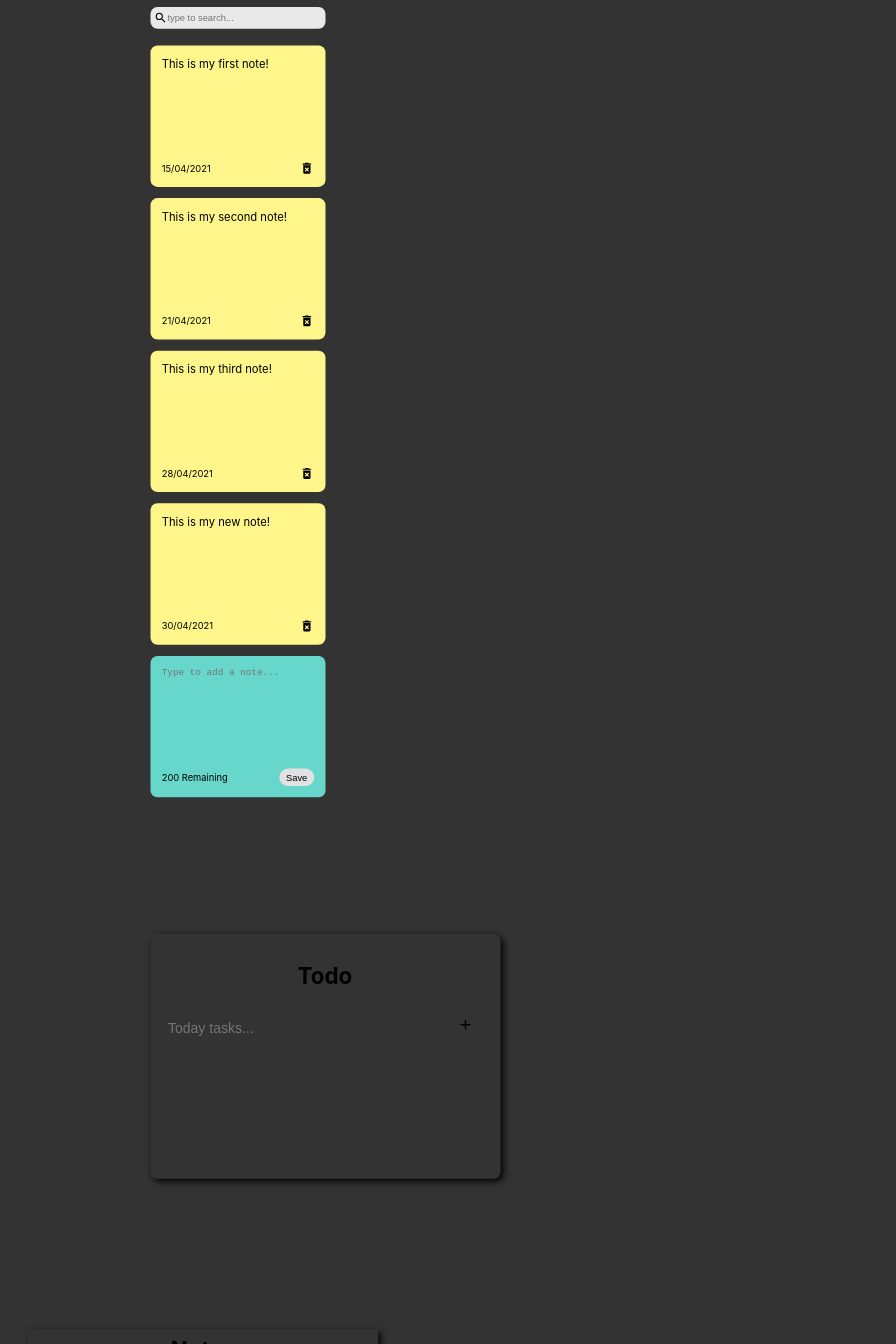
Repository: subhamRsahoo/note
Page: /
These files come from the project's save history. The page is drawn as it stood at one moment and after the next save; the edit follows.
The browser window is 1280 px wide. The pictures show the part of the page from y = 0 to 1920 px (the page is 2755 px tall), at 70% of full size.
The project was rebuilt for these pictures with package versions that can differ from the ones it lists, and the page was loaded fresh each time.

Above is the page before, as saved 2021-07-15 17:27:56.

### public/index.html
<!DOCTYPE html>
<html lang="en">
  <head>
    <meta charset="utf-8" />
    <link rel="icon" href="%PUBLIC_URL%/favicon.ico" />
    <meta name="viewport" content="width=device-width, initial-scale=1" />
    <meta name="theme-color" content="#000000" />
    <meta
      name="description"
      content="Web site created using create-react-app"
    />
    <link rel="apple-touch-icon" href="%PUBLIC_URL%/logo192.png" />
    <link rel="manifest" href="%PUBLIC_URL%/manifest.json" />


    <!-- <link rel="stylesheet" href="https://cdnjs.cloudflare.com/ajax/libs/font-awesome/5.15.3/css/font-awesome.min.css"/> -->

    <!-- <link rel="stylesheet" href="https://bootswatch.com/4/materia/bootstrap.com"/> -->

    <title>React App</title>
  </head>
  <body>
    <noscript>You need to enable JavaScript to run this app.</noscript>
    <div id="root"></div>
  </body>
</html>

### src/App.js
import React from 'react'
import Hub from './components/Hub';
import Hub1 from './components/aaaa/Hub1';
import A from './components/New folder/A';

function App() {
    return (
        <div>
            <A/>
            <Hub/>
            <Hub1/>
        </div>
    )
}

export default App

### src/components/Hub.js
import React , {useState , useEffect}from "react";
import Header from "./Header";
import Form from "./Form";
import TodoList from "./TodoList";
import './App.css';


const Hub = () => {
  const initalState = JSON.parse(localStorage.getItem("todos")) || [];
  const [input ,setInput] = useState("");
  const [todos ,setTodos] = useState(initalState);
  const [editTodo , setEditTodo] = useState(null);

  useEffect(() => {
    localStorage.setItem("todos" , JSON.stringify(todos))
  }, [todos]);
  return (
    <div className="container">
      <div className="app-wrapper">
        <div>
          <Header/>
        </div>
        <div>
          <Form
          input={input}
          setInput={setInput}
          todos={todos}
          setTodos={setTodos}
          editTodo={editTodo}
          setEditTodo={setEditTodo}
          />
        </div>
        <div>
          <TodoList todos={todos} setTodos={setTodos} setEditTodo={setEditTodo}/>
        </div>
      </div>
    </div>

  );
}

export default Hub;

### src/components/aaaa/Hub1.js
import React, { Component } from 'react';
import FormDataComponent from './components/form-data.component';
class  Hub1 extends Component {
  render() {
    return (
      <div >
        <FormDataComponent />
      </div>
    );
  }
}

export default Hub1;

### src/components/New folder/A.js
import React from 'react';
import './index.css';
import App from './App';


function A() {
    return (
        <div>
            <App />
        </div>
    )
}

export default A

### src/components/Header.js
import React from 'react'

function Header() {
    return (
        <div className="header">
            <h1>Todo</h1>
        </div>
    )
}

export default Header

### src/components/Form.js
import React , {useEffect} from 'react'
import {v4 as uuidv4} from "uuid";
import AddIcon from '@material-ui/icons/Add';

 const Form =({input , setInput , todos , setTodos , editTodo , setEditTodo }) => {
     const updateTodo = (title , id, completed) =>
     {
         const newTodo = todos.map((todo)=>

             todo.id === id ? {title,id, completed} : todo
         )
         setTodos(newTodo);
         setEditTodo("");
     }
     useEffect(() =>
     {
         if(editTodo)
         {
             setInput(editTodo.title);
         }else{
             setInput("")
         }
     }, [setInput , editTodo]);

     const onInputChange= (event) =>
     {
       setInput(event.target.value);
     };

     const onFormSubmit = (event) =>
     {
        event.preventDefault();
        if(!editTodo){
            setTodos([...todos , {id:uuidv4(), title: input , completed: false}]);
            setInput("");
        }else{
            updateTodo(input , editTodo.id , editTodo.completed)
        }
     }
    return (
       <form onSubmit={onFormSubmit}>
           <input type="text" placeholder="Today tasks... " className="task-input"
           value={input} required onChange={onInputChange} limit={3}/>
           <button type="submit" className="Add">
            <AddIcon/>
           </button>
       </form>
    )
}

export default Form

### src/components/TodoList.js
import React from 'react'
import DoneIcon from '@material-ui/icons/Done';
import EditIcon from '@material-ui/icons/Edit';
import DeleteIcon from '@material-ui/icons/Delete';

const TodoList = ({todos , setTodos , setEditTodo}) => {

    const handleDelete = ({id}) =>
    {
        setTodos(todos.filter((todo) => todo.id !== id));
    }

    const handleComplete = (todo) =>
    {
        setTodos(
            todos.map((item) => {
                if(item.id === todo.id){
                    return {...item , completed: !item.completed};
                }
                return item
            })
        )
    }

    const handleEdit =({id}) =>{
        const findTodo = todos.find((todo) => todo.id === id);
        setEditTodo(findTodo);
    };
    return (
        <div>
           {todos.map((todo) => (
               <li className="list-item"  key={todo.id}>
                   <input type="text"
                     value={todo.title}
                     className={`list ${todo.completed ? "complete" : "" }`}
                     onChange={(event)=> event.preventDefault()}
                   />
                   <div>
                       <button className="button-complete task-button" onClick={() => handleComplete(todo)}>
                          <i><DoneIcon/></i>
                       </button>
                       <button className="button-edit task-button" onClick={()=> handleEdit(todo)}>
                          <i><EditIcon/></i>
                       </button>
                       <button className="button-delete task-button"  onClick={()=> handleDelete(todo)}>
                          <i><DeleteIcon/></i>
                       </button>
                   </div>
               </li>
           ))}
        </div>
    );
}

export default TodoList;

### src/components/App.css
::-webkit-scrollbar {
  width: 9px;
}
::-webkit-scrollbar-thumb {
  background-color: #a8a8a8;
}
::-webkit-scrollbar-thumb:hover {
  background: #828282;
}
::-webkit-scrollbar-track {
  background: #cccccc;
}

body {
  font-family: -apple-system, BlinkMacSystemFont, 'Segoe UI', 'Roboto', 'Oxygen',
    'Ubuntu', 'Cantarell', 'Fira Sans', 'Droid Sans', 'Helvetica Neue',
    sans-serif;
  -webkit-font-smoothing: antialiased;
  -moz-osx-font-smoothing: grayscale;
  background: #333;
}

code {
  font-family: source-code-pro, Menlo, Monaco, Consolas, 'Courier New',
    monospace;
}


*
{
  margin: 0;
  padding: 0;
}

.container
{
  margin-top: 10px;
  width: 100%;
  min-height: 55vh;
  display: grid;
  justify-content: left;
  /* margin-left: 40px; */
  margin-right: 300px;
  align-items: center;
  position: relative;
  box-sizing: border-box;
  left: 40px;
}

.app-wrapper
{
  background-color: #333;
  width: 500px;
  min-height: 350px;
  padding: 10px;
  box-sizing: border-box;
  border-radius: 10px;
  box-shadow: 4px 4px 10px #000;
  /* margin-bottom: 150px; */

}

.header h1
{
  color: black;
  text-align: left;
  margin: 30px 0;
  margin-left: 200px;
}

.task-input
{
  outline: none;
  width: 350px;
  padding: 15px;
  margin-right: 25px;
  font-size: 20px;
  color: white;
  background-color: #333;
  border: none;
  border-radius: 10px;
}

.task-input:hover
{
  box-shadow: 6px 4px 10px #000;
}

.Add
{
  width: 70px;
  padding: 5px 5px;
  border: 0;
  cursor: pointer;
  border-style: transparent;
  background-color: #333;
}

.Add:hover
{
  border-radius: 10px;
  box-shadow: 6px 4px 10px #000;
}

.list-item
{
  display: flex;
  margin: 20px 0;
  border: none;
  border-radius: 10px;
  padding: 7px;
  max-height: 20px;
}

.list-item:hover
{
  box-shadow: 6px 4px 10px #000;
}

.button-complete,
.button-delete,
.button-edit
{
  border: none;
  outline: none;
  cursor: pointer;
  background-color: transparent;
  font-size: 20px;
  border-radius: 50%;
}

.button-complete
{
  color: #ff6c6c;
  margin-right: 10px;
  margin-left: 70px;
}

.button-edit
{
  color: #e2d029;
  margin-right: 10px;
}

.button-delete
{
  color: lightseagreen;
}

.complete
{
  text-decoration-style: solid;
  text-decoration-line: line-through;
  text-decoration-color: #ff6c6c;
  opacity: 0.6;
}

.list
{
  width: 250px;
  background-color: #333;
  border: none;
  color: wheat;
  font-size: 20px;
  padding-left: 10px;
  margin-right: 15px;
}

input:focus,
button:focus
{
  outline: none;
}

@media screen and (max-width:768px)
{
  .container
  {
    left : 120px;
  }
  .app-wrapper
  {

    min-width: 400px;
    min-height: 260px;
    /* margin-top: 15px; */
  }
}

@media screen and (max-width:540px)
{
  .container
  {
    left: 40px;
  }
}

@media screen and (max-width: 1020px)
{
  .app-wrapper
  {
    min-width: 200px;
    min-height: 260px;
    margin-top: 15px;
  }
}

### src/components/aaaa/components/form-data.component.js
import React, { Component } from 'react';
import './design.css';
export default class FormDataComponent extends Component {
    userData;

    constructor(props) {
        super(props);

        this.onChangeName = this.onChangeName.bind(this);
        this.onChangeName1 = this.onChangeName1.bind(this);
        this.onChangeName2 = this.onChangeName2.bind(this);
        this.onSubmit = this.onSubmit.bind(this);

        this.state = {
            name: '',
            name1: '',
            name2: ''
        }
    }

    // Form Values
    onChangeName(e) {
        this.setState({ name: e.target.value })
    }

    onChangeName1(e) {
        this.setState({ name1: e.target.value })
    }

    onChangeName2(e) {
        this.setState({ name2: e.target.value })
    }


    // React Life Cycle
    componentDidMount() {
        this.userData = JSON.parse(localStorage.getItem('user'));

        if (localStorage.getItem('user')) {
            this.setState({
                name: this.userData.name,
                name1: this.userData.name1,
                name2: this.userData.name2
            })
        } else {
            this.setState({
                name: '',
                name1: '',
                name2: ''
            })
        }
    }

    componentWillUpdate(nextProps, nextState) {
        localStorage.setItem('user', JSON.stringify(nextState));
    }

    onSubmit(e) {
        e.preventDefault()
        console.log(this.state.props)
    }


    render() {
        return (

                <form className="form" onSubmit={this.onSubmit}>
                    <div className="contain">
                        <h1>Notes</h1>
                        <textarea type="text" placeholder="let's grow in life..." className="text1" value={this.state.name} onChange={this.onChangeName} />
                        {/* <button type="submit" className="btn1">Save</button> */}
                    </div>


                    <div className="contain1">
                        <h2>WHAT I LEARNED FROM TODAY?</h2>
                        <textarea type="text" placeholder="What i learned from today noenough for Tomorrow" className="text2" value={this.state.name1} onChange={this.onChangeName1} />
                        {/* <button type="submit" className="btn2">Save</button> */}
                    </div>

                    <div className="contain2">
                        <h2>HOW CAN I MAKE TOMORROW BETTER?</h2>
                        <textarea type="text" placeholder="let's change the lifestyle" className="text3" value={this.state.name2} onChange={this.onChangeName2} />
                        {/* <button type="submit" className="btn3">Save</button> */}
                    </div>
                </form>

        )
    }
}

### src/components/New folder/index.css
body {
	margin: 0;
	font-family: -apple-system, BlinkMacSystemFont, 'Segoe UI',
		'Roboto', 'Oxygen', 'Ubuntu', 'Cantarell', 'Fira Sans',
		'Droid Sans', 'Helvetica Neue', sans-serif;
	-webkit-font-smoothing: antialiased;
	-moz-osx-font-smoothing: grayscale;
}

code {
	font-family: source-code-pro, Menlo, Monaco, Consolas,
		'Courier New', monospace;
}

.header {
	display: flex;
	align-items: center;
	justify-content: space-between;
}

.dark-mode {
	background-color: black;
}

.dark-mode h1 {
	color: white;
}

.container {
	max-width: 960px;
	margin-right: auto;
	margin-left: auto;
	padding-right: 15px;
	padding-left: 15px;
	min-height: 100vh;
}

.notes-list {
	display: grid;
	grid-gap: 1rem;
	grid-template-columns: repeat(
		auto-fill,
		minmax(250px, 1fr)
	);
}

.note.new {
	background-color: #67d7cc;
}

textarea {
	border: none;
	resize: none;
	background-color: #67d7cc;
}

textarea:focus {
	outline: none;
}

.save {
	background-color: #e1e1e1;
	border: none;
	border-radius: 15px;
	padding: 5px 10px 5px 10px;
}

.save:hover {
	background-color: #ededed;
	cursor: pointer;
}

.note {
	background-color: #fef68a;
	border-radius: 10px;
	padding: 1rem;
	min-height: 170px;
	display: flex;
	flex-direction: column;
	justify-content: space-between;
	white-space: pre-wrap;
}

.note-footer {
	display: flex;
	align-items: center;
	justify-content: space-between;
}

.delete-icon {
	cursor: pointer;
}

.search {
	display: flex;
	align-items: center;
	background-color: rgb(233, 233, 233);
	border-radius: 10px;
	padding: 5px;
	margin-bottom: 1.5em;
}

.search input {
	border: none;
	background-color: rgb(233, 233, 233);
	width: 100%;
}

.search input:focus {
	outline: none;
}

### src/components/New folder/App.js
import { useState, useEffect } from 'react';
import { nanoid } from 'nanoid';
import NotesList from './components/NotesList';
import Search from './components/Search';

const App = () => {
	const [notes, setNotes] = useState([
		{
			id: nanoid(),
			text: 'This is my first note!',
			date: '15/04/2021',
		},
		{
			id: nanoid(),
			text: 'This is my second note!',
			date: '21/04/2021',
		},
		{
			id: nanoid(),
			text: 'This is my third note!',
			date: '28/04/2021',
		},
		{
			id: nanoid(),
			text: 'This is my new note!',
			date: '30/04/2021',
		},
	]);

	const [searchText, setSearchText] = useState('');

	useEffect(() => {
		const savedNotes = JSON.parse(
			localStorage.getItem('react-notes-app-data')
		);

		if (savedNotes) {
			setNotes(savedNotes);
		}
	}, []);

	useEffect(() => {
		localStorage.setItem(
			'react-notes-app-data',
			JSON.stringify(notes)
		);
	}, [notes]);

	const addNote = (text) => {
		const date = new Date();
		const newNote = {
			id: nanoid(),
			text: text,
			date: date.toLocaleDateString(),
		};
		const newNotes = [...notes, newNote];
		setNotes(newNotes);
	};

	const deleteNote = (id) => {
		const newNotes = notes.filter((note) => note.id !== id);
		setNotes(newNotes);
	};

	return (
		<div >
			<div className='container'>
				<Search handleSearchNote={setSearchText} />
				<NotesList
					notes={notes.filter((note) =>
						note.text.toLowerCase().includes(searchText)
					)}
					handleAddNote={addNote}
					handleDeleteNote={deleteNote}
				/>
			</div>
		</div>
	);
};

export default App;

### src/components/aaaa/components/design.css
.form
{
    width: 100%;
    height: 250px;
    display: grid;
    margin: 0;
    padding: 0;
}


.contain
{
    display: grid;
    width: 500px;
    left: 40px;
    top: 30px;
    bottom: 10px;
    box-shadow: 4px 4px 10px #000;
    position: relative;
    box-sizing: border-box;

}

.text1
{
    margin-top: 10px;
   width: 400px;
   height: 197px;
   margin-left: 40px;
   background-color: #333;
   border-style: none;
   color: white;
   border-style: none;
   font-size: 20px;
   margin-bottom: 20px;
}

.text1:hover
{
    box-shadow: 4px 4px 10px #000;
}

.contain h1
{
    margin-top: 10px;
   text-align: center;
}

/* .btn1
{
    background-color: #333;
    margin-left: 70px;
    text-decoration-color: white;
    border-style: none;
    color: white;
    cursor: pointer;
    margin-bottom: 10px;
    padding: 8px 8px;
    border-radius: 10px;
}

.btn1:hover
{
    box-shadow: 4px 4px 10px #000;
    padding: 8px 8px;
} */


.contain1
{
    width: 500px;
    top: 50px;
    left: 40px;
    box-shadow: 4px 4px 10px #000;
    position: relative;
    box-sizing: content-box;
    display: grid;
}

.text2
{
    margin-top: 10px;
    width: 400px;
    height: 197px;
    margin-left: 40px;
    background-color: #333;
    border-style: none;
    color: white;
    border-style: none;
    font-size: 20px;
    margin-bottom: 20px;
}

.text2:hover
{
    box-shadow: 4px 4px 10px #000;
}


.contain1 h2
{
    margin-top: 10px;
   text-align: center;
}

/* .btn2
{
    background-color: #333;
    margin-left: 70px;
    text-decoration-color: white;
    border-style: none;
    color: white;
    cursor: pointer;
    margin-bottom: 10px;
    padding: 8px 8px;
    border-radius: 10px;
}

.btn2:hover
{
    box-shadow: 4px 4px 10px #000;
    padding: 8px 8px;
} */

.contain2
{
   width: 500px;
    margin-top: 620px;
    margin-left: 40px;
    /* bottom: 630px; */
    box-shadow: 4px 4px 10px #000;
    position: absolute;
    box-sizing:border-box;
    display: grid;
}

.text3
{
    margin-top: 10px;
    width: 400px;
    height: 197px;
    margin-left: 40px;
    background-color: #333;
    border-style: none;
    color: white;
    border-style: none;
    font-size: 20px;
    margin-bottom: 20px;
}

.text3:hover
{
    box-shadow: 4px 4px 10px #000;
}


.contain2 h2
{
    margin-top: 10px;
   text-align: center;
}

/* .btn3
{
    background-color: #333;
    margin-left: 70px;
    text-decoration-color: white;
    border-style: none;
    color: white;
    cursor: pointer;
    margin-bottom: 10px;
    padding: 8px 8px;
    border-radius: 10px;
}

.btn3:hover
{
    box-shadow: 4px 4px 10px #000;
    padding: 8px 8px;
} */

@media screen and (max-width:768px)
{
    .contain
    {
        left: 80px;
    }
    .contain1
    {
        left: 80px;
    }
    .contain2
    {
        left: 80px;
    }
}

@media screen and (max-width: 540px)
{
    .contain
    {
        left: 0;
    }
    .contain1
    {
        left: 0px;
    }
    .contain2
    {
        left: 0px;
    }
}

### src/components/New folder/components/AddNote.js
import { useState } from 'react';

const AddNote = ({ handleAddNote }) => {
	const [noteText, setNoteText] = useState('');
	const characterLimit = 200;

	const handleChange = (event) => {
		if (characterLimit - event.target.value.length >= 0) {
			setNoteText(event.target.value);
		}
	};

	const handleSaveClick = () => {
		if (noteText.trim().length > 0) {
			handleAddNote(noteText);
			setNoteText('');
		}
	};

	return (
		<div className='note new'>
			<textarea
				rows='8'
				cols='10'
				placeholder='Type to add a note...'
				value={noteText}
				onChange={handleChange}
			></textarea>
			<div className='note-footer'>
				<small>
					{characterLimit - noteText.length} Remaining
				</small>
				<button className='save' onClick={handleSaveClick}>
					Save
				</button>
			</div>
		</div>
	);
};

export default AddNote;

Loaded but not shown: src/index.js (common file); src/components/New folder/components/NotesList.js (common file); src/components/New folder/components/Search.js (common file); src/components/New folder/components/Note.js (common file)

After the next save:
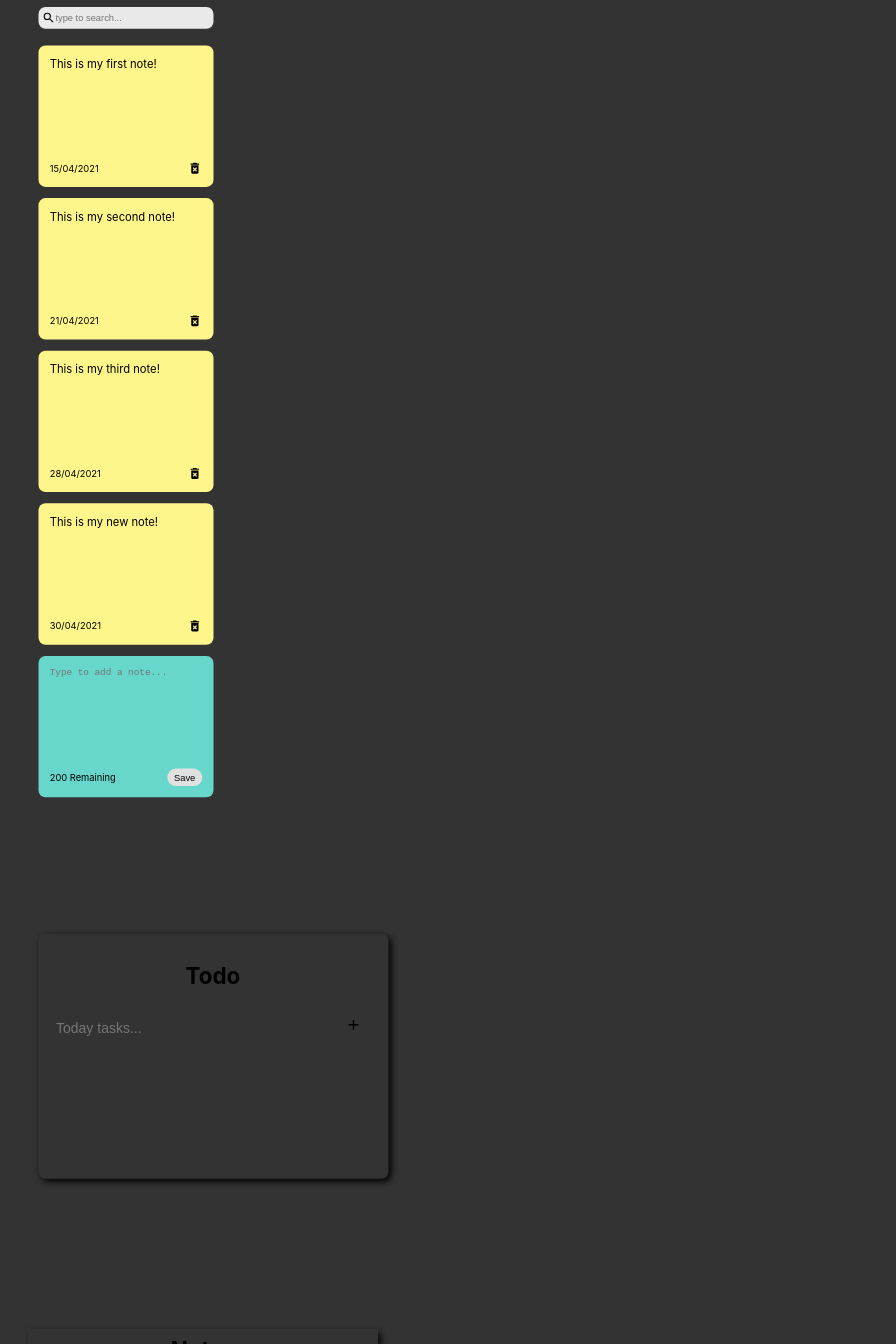
Saved 72 s later.
--- a/src/components/New folder/index.css
+++ b/src/components/New folder/index.css
@@ -28,8 +28,8 @@ code {
 
 .container {
 	max-width: 960px;
-	margin-right: auto;
-	margin-left: auto;
+	/* margin-right: auto; */
+	/* margin-left: auto; */
 	padding-right: 15px;
 	padding-left: 15px;
 	min-height: 100vh;
